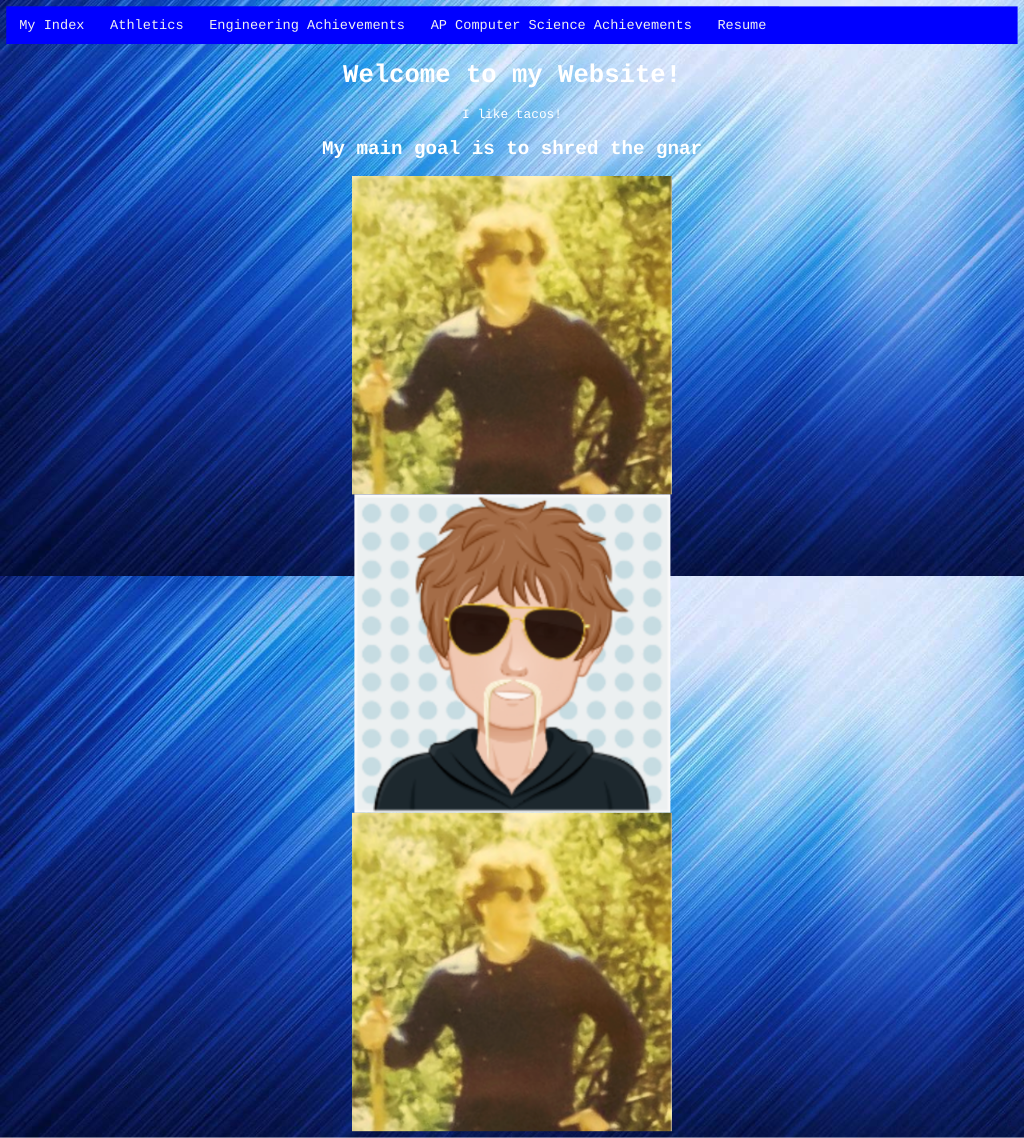
Repository: jacobsirois/jacobsirois.github.io
Page: index.html
The author's editor kept a record of every edit. The page is drawn from the files as they stood at one moment, then again after the next edit.
The browser window is 1280 px wide. The pictures show the whole page, at 80% of full size.
Backgrounds fixed to the window are drawn as part of the page.

Above is the page before.
Not found: index.css

After the next edit:
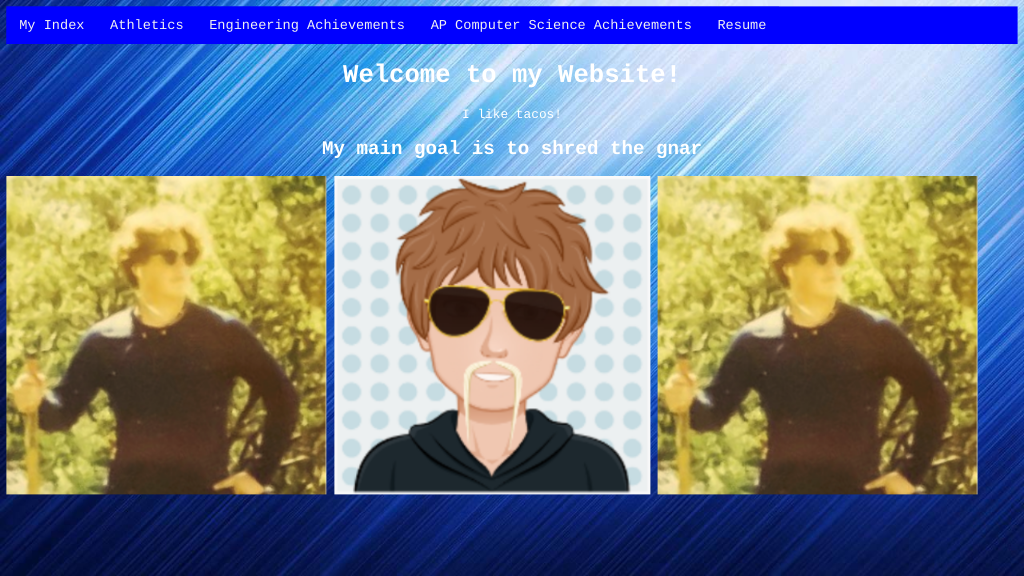
The edit:
--- a/index.html
+++ b/index.html
@@ -3,13 +3,6 @@
 <head>
 <title>Page Title</title>
 <meta name="viewport" content="width=device-width, initial-scale=1">
-<style>
-img {
-  display: block;
-  margin-left: auto;
-  margin-right: auto;
-}
-</style>
 <style>
 body {
   font-family: courier;
